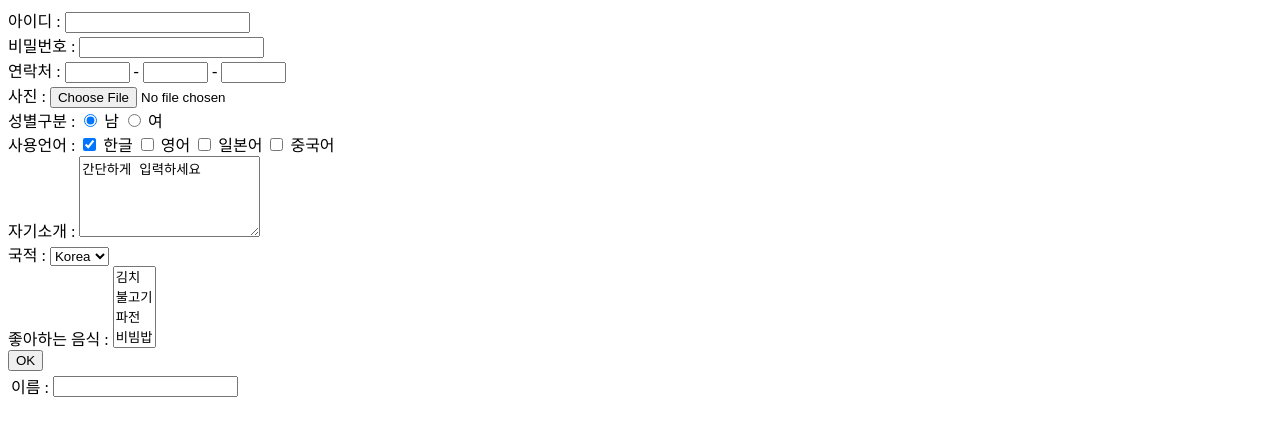
Repository: usonihs/StudyX
Page: JSP/HTML/src/main/webapp/Lec06Quiz.html
These files come from the project's save history. The page is drawn as it stood at one moment and after the next save; the edit follows.
The browser window is 1280 px wide. The pictures show the whole page.

Above is the page before, as saved 2022-10-19 06:31:03.

### JSP/HTML/src/main/webapp/Lec06Quiz.html
<!DOCTYPE html>
<html>
<head>
<meta charset="UTF-8">
<title>Insert title here</title>
</head>
<body>
<table border="0">
<form action="#" method="post">
		<tr>
		<td>
		이름 :
		</td>
		<td>
		 <input type="text" name="userName"><br>
		</td>
		</tr>
		<tr>
		아이디 : <input type="text" name="userId"><br>
		비밀번호 : <input type="password" name="userPassword"><br>
		연락처 :
		<input type="text" name="phone1" size="5"> -
		<input type="text" name="phone2" size="5"> -
		<input type="text" name="phone3" size="5"> <br>
		사진 : <input type="file" name="picture"><br>
		성별구분 :
		<input type="radio" name="gender" Value="man" checked="checked"> 남
		<input type="radio" name="gender" Value="woman"> 여 <br>
		사용언어 :
		<input type="checkbox" name="lang" value="kor" checked="checked"> 한글
		<input type="checkbox" name="lang" value="eng"> 영어
		<input type="checkbox" name="lang" value="jpn"> 일본어
		<input type="checkbox" name="lang" value="chn"> 중국어 <br>

		자기소개 :
		<textarea rows="5" cols="20">간단하게 입력하세요</textarea><br>

		국적 :
		<select>
			<option>Korea</option>
			<option>USA</option>
			<option>Japan</option>
			<option>China</option>
		</select> <br>

		좋아하는 음식 :
		<select multiple="multiple">
		<option>김치</option>
		<option>불고기</option>
		<option>파전</option>
		<option>비빔밥</option>
		<option>냉면</option>
		<option>순대</option>
		</select><br>

		<input type="submit" name="okBtn" value="OK">
	</form>
</table>
</body>
</html>

After the next save:
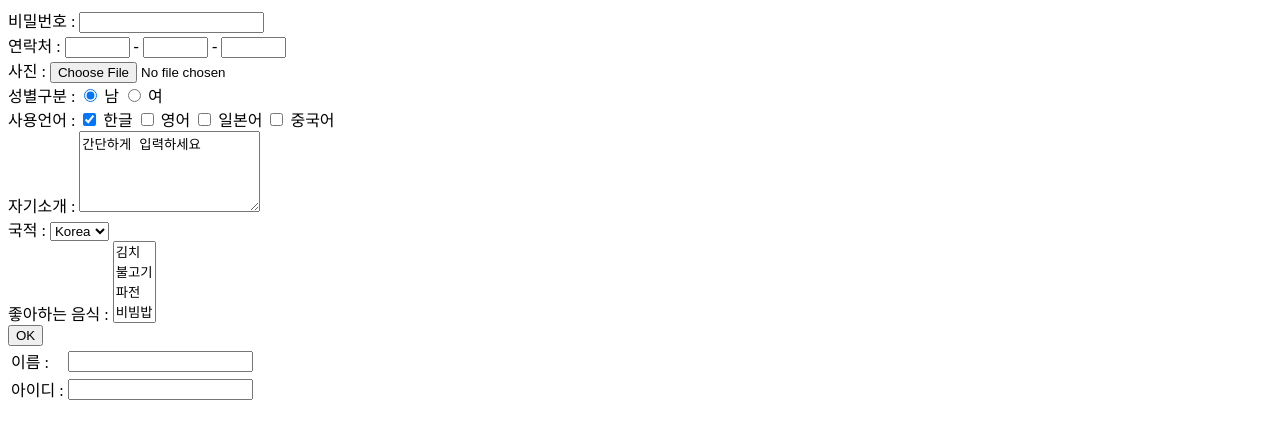
Saved 31 s later.
--- a/JSP/HTML/src/main/webapp/Lec06Quiz.html
+++ b/JSP/HTML/src/main/webapp/Lec06Quiz.html
@@ -16,7 +16,13 @@
 		</td>
 		</tr>
 		<tr>
-		아이디 : <input type="text" name="userId"><br>
+		<td>
+		아이디 :
+		</td>
+		<td>
+		 <input type="text" name="userId"><br>
+		</td>
+		</tr>
 		비밀번호 : <input type="password" name="userPassword"><br>
 		연락처 :
 		<input type="text" name="phone1" size="5"> -
